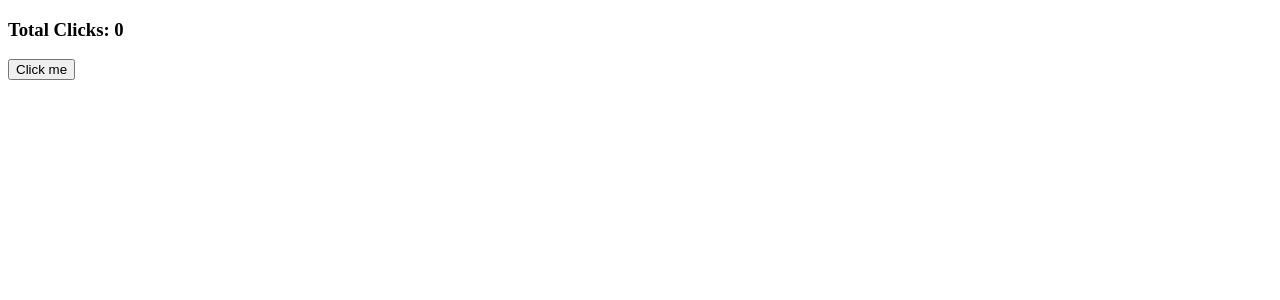
Repository: Leeminsu67/react-principle-study
Page: index.html
These files come from the project's save history. The page is drawn as it stood at one moment and after the next save; the edit follows.
The browser window is 1280 px wide. The pictures show the whole page.

Above is the page before, as saved 2024-07-31 21:57:19.

After the next save:
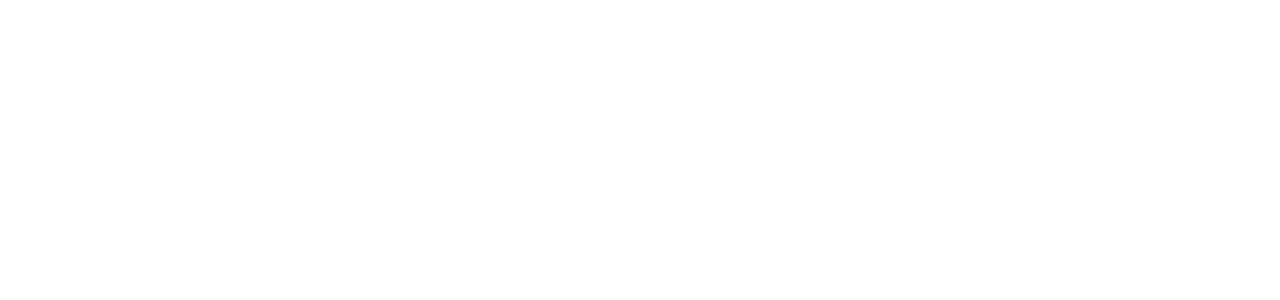
Console error: ReferenceError: countUp is not defined
Saved 105 s later.
--- a/index.html
+++ b/index.html
@@ -9,19 +9,12 @@
   <script type="text/babel">
     const root = document.getElementById('root');
     let counter = 0;
-    function countUp(){
-      counter++;
-      render();
-    }
-    function render(){
-      ReactDOM.render(<App />, root);
-    }
     const App = () => (
       <div>
-        <h3>Total Clicks: {counter}</h3>
+        <h3>Total Clicks: 0</h3>
         <button onClick={countUp}>Click me</button>
       </div>
     );
-    render();
+    ReactDOM.render(<App />, root);
   </script>
 </html>

After the 2 saves that followed:
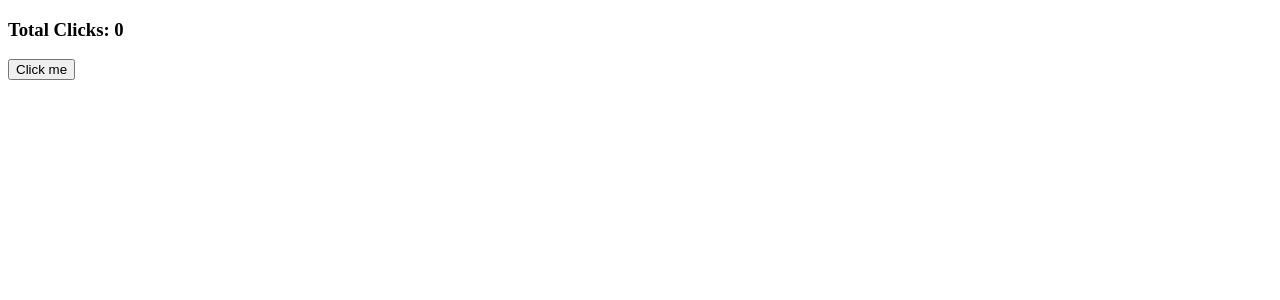
The error is gone.
The 2 saves are shown as one change because 1 left the picture as it was.
The last was saved 17 s later.
--- a/index.html
+++ b/index.html
@@ -12,7 +12,7 @@
     const App = () => (
       <div>
         <h3>Total Clicks: 0</h3>
-        <button onClick={countUp}>Click me</button>
+        <button>Click me</button>
       </div>
     );
     ReactDOM.render(<App />, root);
